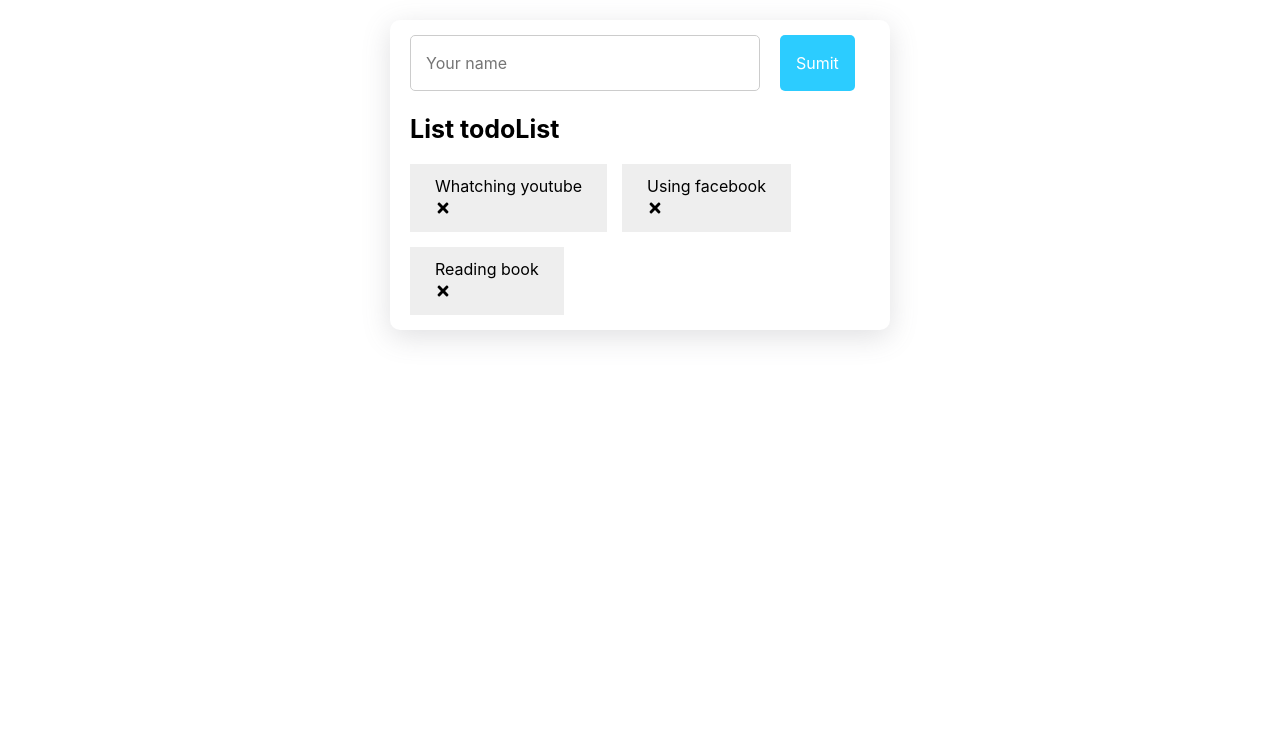
Repository: hoang0508/ReactJsHoiDanIT
Page: /weather
These files come from the project's save history. The page is drawn as it stood at one moment and after the next save; the edit follows.
The browser window is 1280 px wide. The pictures show the whole page.
The project was rebuilt for these pictures with package versions that can differ from the ones it lists, and the page was loaded fresh each time.

Above is the page before, as saved 2022-02-04 16:53:26.

After the next save:
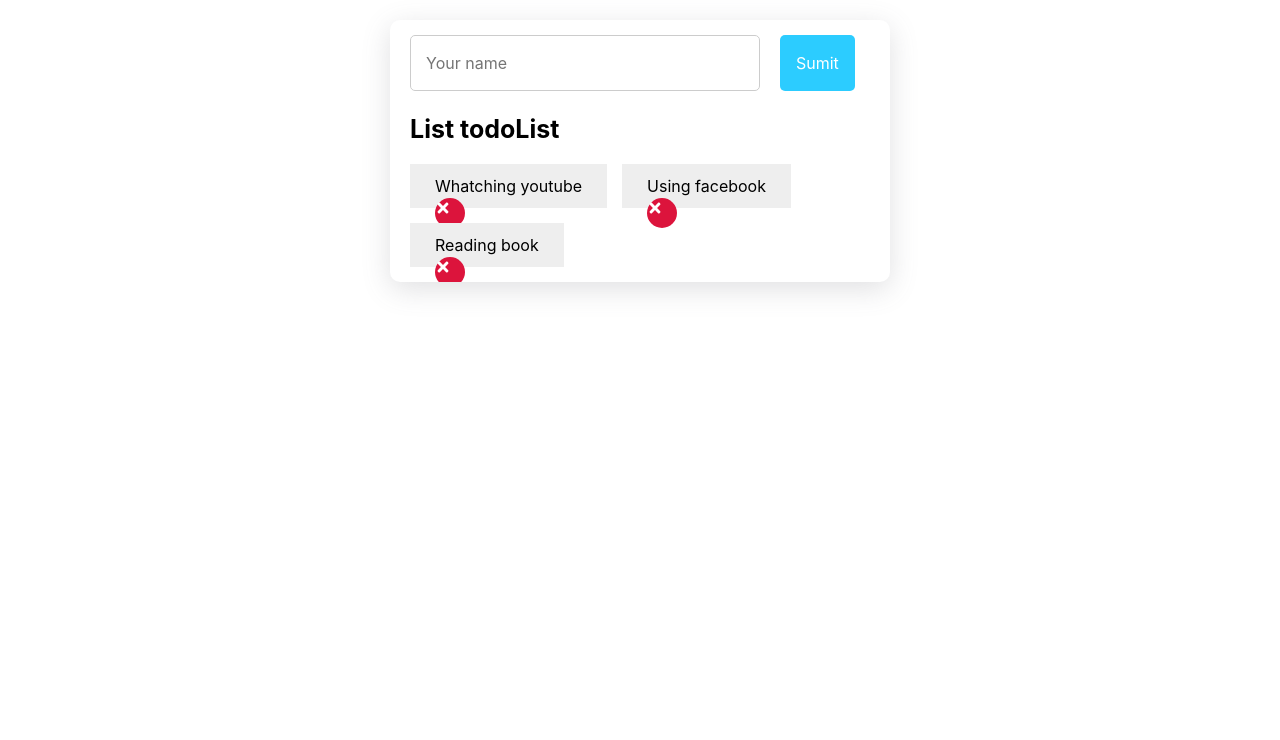
Saved 92 s later.
--- a/src/components/TodoApp/TodoList.scss
+++ b/src/components/TodoApp/TodoList.scss
@@ -41,5 +41,14 @@
   &-item {
     background-color: #eee;
     padding: 10px 25px;
+    position: relative;
+  }
+  &-dele {
+    position: absolute;
+    width: 30px;
+    height: 30px;
+    background-color: crimson;
+    color: #fff;
+    border-radius: 100rem;
   }
 }
